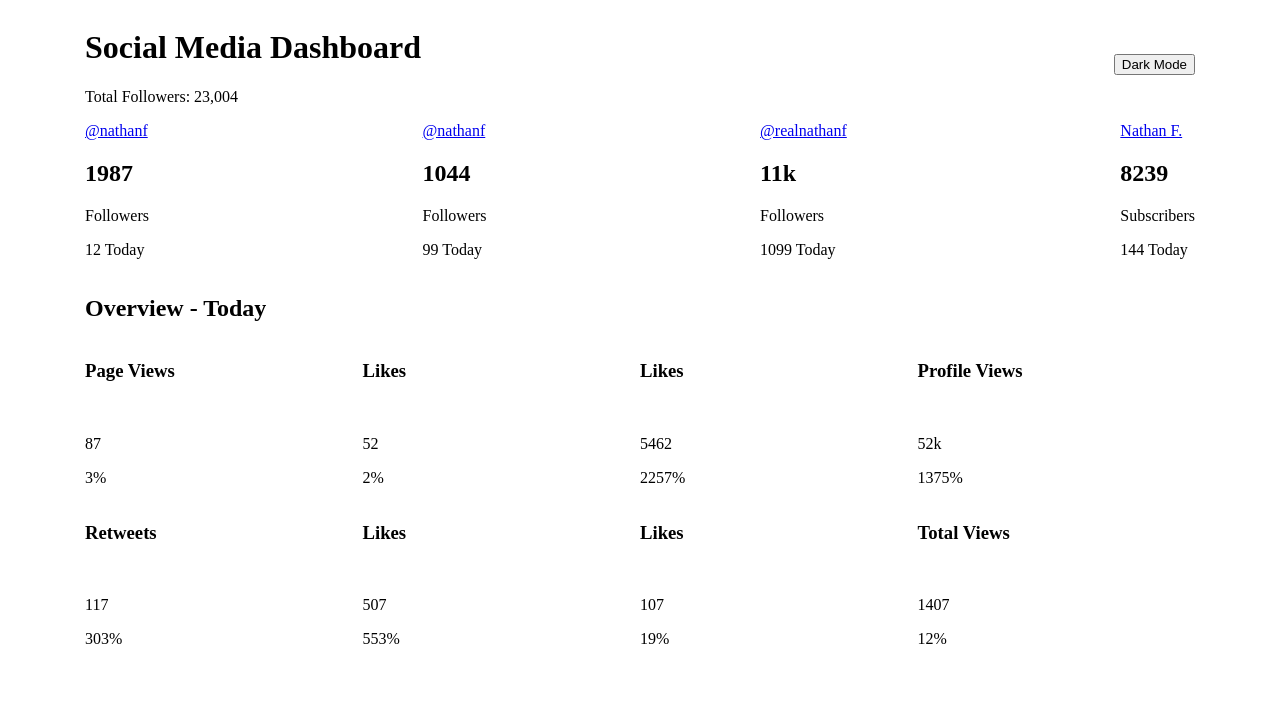
Repository: mamulini/social-media-dashboard-with-theme-switcher-master
Page: index.html
These files come from the project's save history. The page is drawn as it stood at one moment and after the next save; the edit follows.
The browser window is 1280 px wide. The pictures show the whole page.

Above is the page before, as saved 2020-04-05 23:53:59.

### index.html
<!DOCTYPE html>
<html lang="en">

<head>
  <meta charset="UTF-8">
  <meta name="viewport" content="width=device-width, initial-scale=1.0">
  <link rel="icon" type="image/png" sizes="32x32" href="./images/favicon-32x32.png">
  <link rel="stylesheet" href="./css/style.css">
  <title>Frontend Mentor | [Challenge Name Here]</title>
</head>

<body>
  <main class="dashboard container">
    <header class="header">
      <div class="title">
        <h1 class="title__name">Social Media Dashboard</h1>
        <p class="title__total">Total Followers: 23,004</p>
      </div>
      <button class="theme" type="button">Dark Mode</button>
    </header>
    <div class="followers_block">
      <div class="folowers">
        <a class="followers__link" href="#">@nathanf</a>
        <h2 class="followers__sum">1987</h2>
        <p class="followers__title">Followers</p>
        <p class="followers__today">12 Today</p>
      </div>
      <div class="folowers">
        <a class="followers__link" href="#">@nathanf
        </a>
        <h2 class="followers__sum">1044</h2>
        <p class="followers__title">Followers</p>
        <p class="followers__today">99 Today</p>
      </div>
      <div class="folowers">
        <a class="followers__link" href="#">@realnathanf


        </a>
        <h2 class="followers__sum">11k</h2>
        <p class="followers__title">Followers</p>
        <p class="followers__today">1099 Today</p>
      </div>
      <div class="folowers">
        <a class="followers__link" href="#">Nathan F.
        </a>
        <h2 class="followers__sum">8239</h2>
        <p class="followers__title">Subscribers</p>
        <p class="followers__today">144 Today</p>
      </div>

    </div>
    <div class="overview">
      <h2 class="overview__title">Overview - Today</h2>
    </div>
    <div class="likes_counter">
      <div class="likes">
        <h3 class="likes__title">Page Views</h3>
        <img src="" alt="" class="like__icon">
        <p class="likes__num">87</p>
        <p class="likes__procent">3%</p>
      </div>
      <div class="likes">
        <h3 class="likes__title">Likes</h3>
        <img src="" alt="" class="like__icon">
        <p class="likes__num">52</p>
        <p class="likes__procent">2%</p>
      </div>
      <div class="likes">
        <h3 class="likes__title">Likes</h3>
        <img src="" alt="" class="like__icon">
        <p class="likes__num">5462</p>
        <p class="likes__procent">2257%</p>
      </div>
      <div class="likes">
        <h3 class="likes__title">Profile Views</h3>
        <img src="" alt="" class="like__icon">
        <p class="likes__num">52k</p>
        <p class="likes__procent">1375%</p>
      </div>
      <div class="likes">
        <h3 class="likes__title">Retweets</h3>
        <img src="" alt="" class="like__icon">
        <p class="likes__num">117</p>
        <p class="likes__procent">303%</p>
      </div>
      <div class="likes">
        <h3 class="likes__title">Likes</h3>
        <img src="" alt="" class="like__icon">
        <p class="likes__num">507</p>
        <p class="likes__procent">553%</p>
      </div>
      <div class="likes">
        <h3 class="likes__title">Likes</h3>
        <img src="" alt="" class="like__icon">
        <p class="likes__num">107</p>
        <p class="likes__procent">19%</p>
      </div>
      <div class="likes">
        <h3 class="likes__title">Total Views</h3>
        <img src="" alt="" class="like__icon">
        <p class="likes__num">1407</p>
        <p class="likes__procent">12%</p>
      </div>
    </div>
  </main>
  <!-- <div class="attribution">
    Challenge by <a href="https://www.frontendmentor.io?ref=challenge" target="_blank">Frontend Mentor</a>.
    Coded by <a href="#">Your Name Here</a>.
  </div> -->
</body>

</html>

### css/style.css
.container{
    max-width: 1110px;
    margin: 0 auto;

}

.header{
    display: flex;
    justify-content: space-between;
    align-items: center;
}

.followers_block{
    display: flex;
    justify-content: space-between;
}

.likes_counter{
    display: flex;
    justify-content: space-between;
    flex-wrap: wrap;
}

.likes{
    flex: 0 0 25%
}






.attribution { font-size: 11px; text-align: center; }
.attribution a { color: hsl(228, 45%, 44%); }

After the next save:
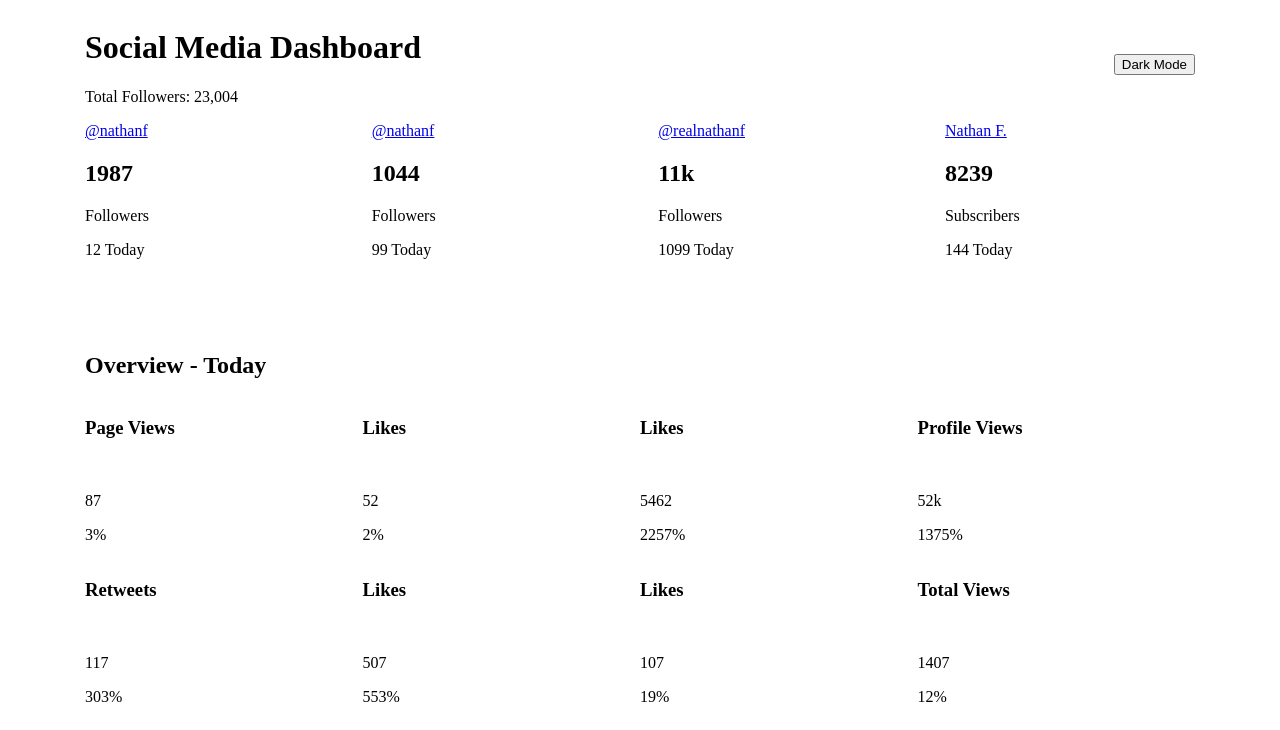
Saved 12 h 49 min later.
--- a/css/style.css
+++ b/css/style.css
@@ -13,6 +13,11 @@
 .followers_block{
     display: flex;
     justify-content: space-between;
+}
+
+.folowers{
+    width: 250px;
+    height: 210px;
 }
 
 .likes_counter{
